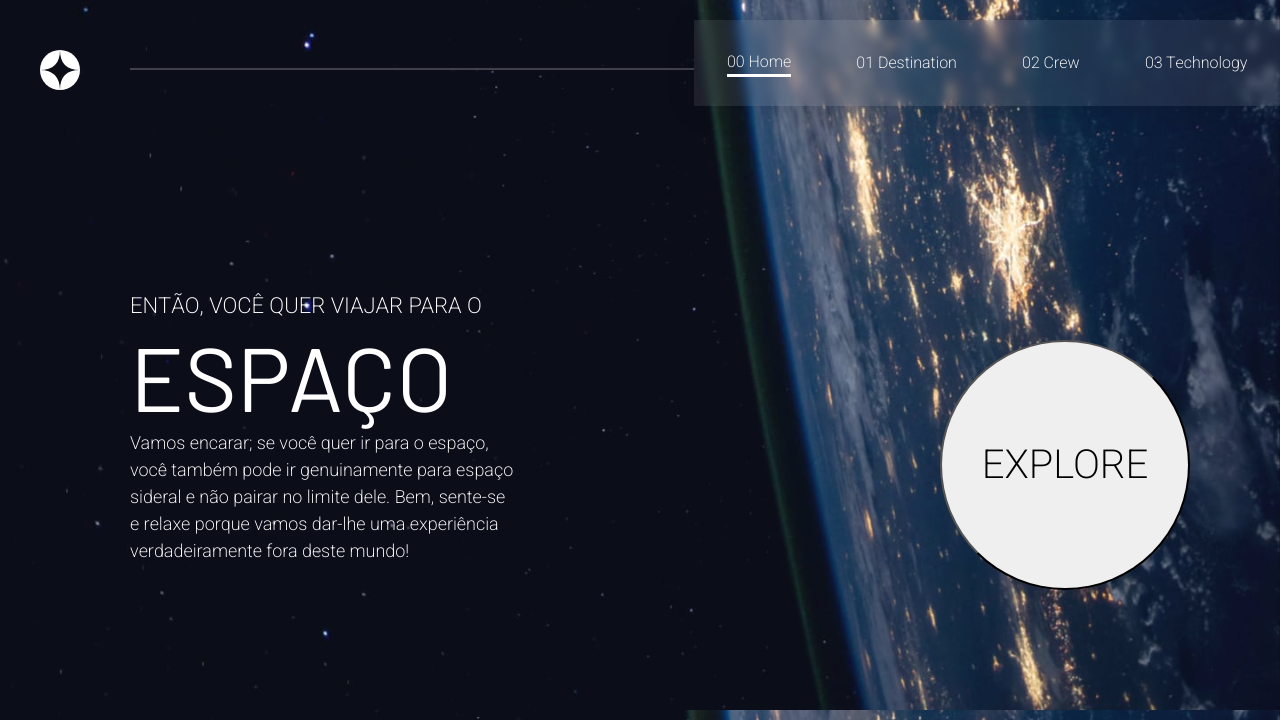
Repository: Leonngc/space-site
Page: space-tourism-website-main/space-tourism-website-main/starter-code/index.html
The author's editor kept a copy of each file at every save. The page is drawn from the files as they stood at one save, then again after the next save.
The browser window is 1280 px wide. The pictures show the whole page.
Some web libraries are served in a nearby version.

Above is the page before, as saved 2023-04-29 16:53:10.

### space-tourism-website-main/space-tourism-website-main/starter-code/index.html
<!DOCTYPE html>
<html lang="pt-br">
<head>
  <meta charset="UTF-8">
  <meta name="viewport" content="width=device-width, initial-scale=1.0">
  <link rel="icon" type="image/png" sizes="32x32" href="./assets/favicon-32x32.png">
  <link rel="stylesheet" href="styles/menu.css">
  <link rel="stylesheet" href="styles/home.css">
  <!-- CDN FLATICON-->
  <link rel='stylesheet' href='https://cdn-uicons.flaticon.com/uicons-bold-rounded/css/uicons-bold-rounded.css'>
  <script src="script/menu.js" defer></script>
  <title>Frontend Mentor | Space tourism website</title>
</head>
<body>

  <header>
    <img src="assets/shared/logo.svg" alt="" class="logo">
    <div class="line"></div>

    <ul class="menu">
    <li class="item-menu active"><a href="#">00 Home</a></li>
    <li class="item-menu"><a href="#">01 Destination</a></li>
    <li class="item-menu"><a href="#">02 Crew</a></li>
    <li class="item-menu"><a href="#">03 Technology</a></li>
    </ul>


    <nav class="menu-mobile">
      <i class=""></i>
    </nav>
  </header>

<div class="container-button">
    <button>Explore</button>
  </div>
<div class="text-box">
    <span>Então, você quer viajar para o</span>
    <h1>Espaço</h1>
    <p>
      Vamos encarar; se você quer ir para o espaço, você também pode ir genuinamente para
      espaço sideral e não pairar no limite dele. Bem, sente-se e relaxe
      porque vamos dar-lhe uma experiência verdadeiramente fora deste mundo!
    </p>
</div>



</body>
</html>

### space-tourism-website-main/space-tourism-website-main/starter-code/styles/menu.css
@import url('https://fonts.googleapis.com/css2?family=Heebo:wght@200&display=swap');

*{
    padding: 0;
    margin: 0;
}

header{
    display: flex;
    justify-content: space-between;
}

.menu{
    margin-top: 20px;
    display: flex;
    width: 90vw ;
    height: 12vh;
    position: relative;
    justify-content: space-between;
    list-style: none;
    background: rgba(255, 255, 255, 0.21);
    background: rgba(255, 255, 255, 0.08);
    box-shadow: 0 4px 30px rgba(0, 0, 0, 0.1);
    backdrop-filter: blur(5px);
    -webkit-backdrop-filter: blur(5px);
}

.item-menu{
    margin: auto;

}

.item-menu a{
    text-decoration: none;
    font-family: 'Heebo', sans-serif;
    color: white;
}

.active{
  border-bottom: 3px solid white;
}

.line{
    background-color:  rgba(255, 255, 255, 0.21);

    height: 2px;
    width: 1110px;
    margin-top: 68px;
    margin-left: 30px;
}

.logo{
    margin-top: 30px;
    margin-left: 20px;
    width: 40px;
    height: 40px;
    padding: 20px;
}

@media screen and (max-width: 900px){
    .menu{
        display: none;
    }

    .line{
        display: none;
    }

    body{
        background-image: url(../assets/home/background-home-mobile.jpg) !important;
    }

}

### space-tourism-website-main/space-tourism-website-main/starter-code/styles/home.css
@import url('https://fonts.googleapis.com/css2?family=Barlow&display=swap');
@import url('https://fonts.googleapis.com/css2?family=Heebo:wght@200&display=swap');
/*  font-family: 'Barlow', sans-serif;
    font-family: 'Heebo', sans-serif;
*/

:root{
    --title-font: 'Barlow';
    --paragraph-font: 'Heebo';
}

body{
    background-image: url(../assets/home/background-home-desktop.jpg);
    background-size: cover;
    background-position: center center;
}


.text-box{
    margin-top: 150px;
    padding: 30px;
    margin-left: 100px;
    width: 30vw;
    color: white;
}

span{
    font-family: var(--paragraph-font);
    font-size: 22px;
    text-transform: uppercase;
}

h1{
    font-family: var(--title-font);
    font-size: 90px;
    font-weight: 200;
    text-transform: uppercase;
}

p{
    font-family: var(--paragraph-font), sans-serif;
    font-size: 18px;
}

.container-button{
    float: right;
    margin-top: 230px;
    margin-right: 90px;
    margin-bottom: 30px;
}

.container-button button{
    width: 250px;
    height: 250px;
    border-radius: 50%;
    font-size: 40px;
    font-family: var(--paragraph-font);
    font-weight: 200;
    text-transform: uppercase;
}

Loaded but not shown: space-tourism-website-main/space-tourism-website-main/starter-code/script/menu.js (no stored copy; drawn as an empty file)

After the next save:
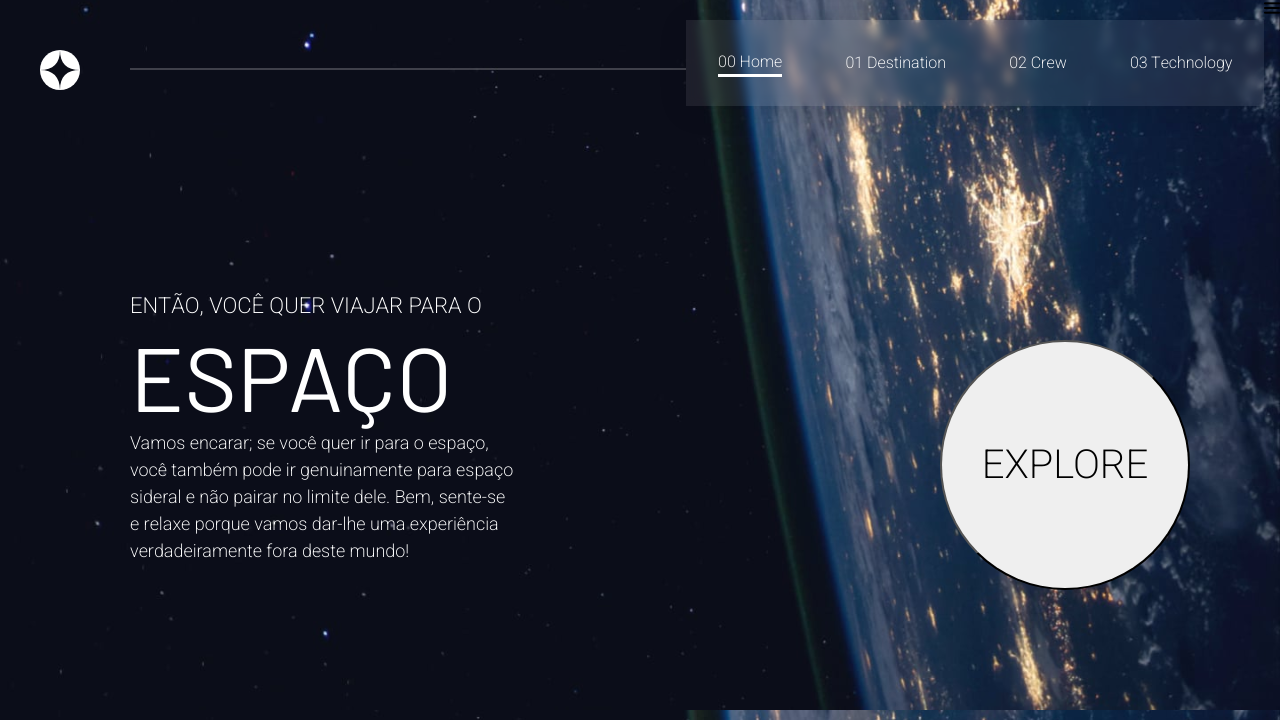
Saved 10 s later.
--- a/space-tourism-website-main/space-tourism-website-main/starter-code/index.html
+++ b/space-tourism-website-main/space-tourism-website-main/starter-code/index.html
@@ -26,7 +26,7 @@
 
 
     <nav class="menu-mobile">
-      <i class=""></i>
+      <i class="fi fi-br-menu-burger"></i>
     </nav>
   </header>
 
